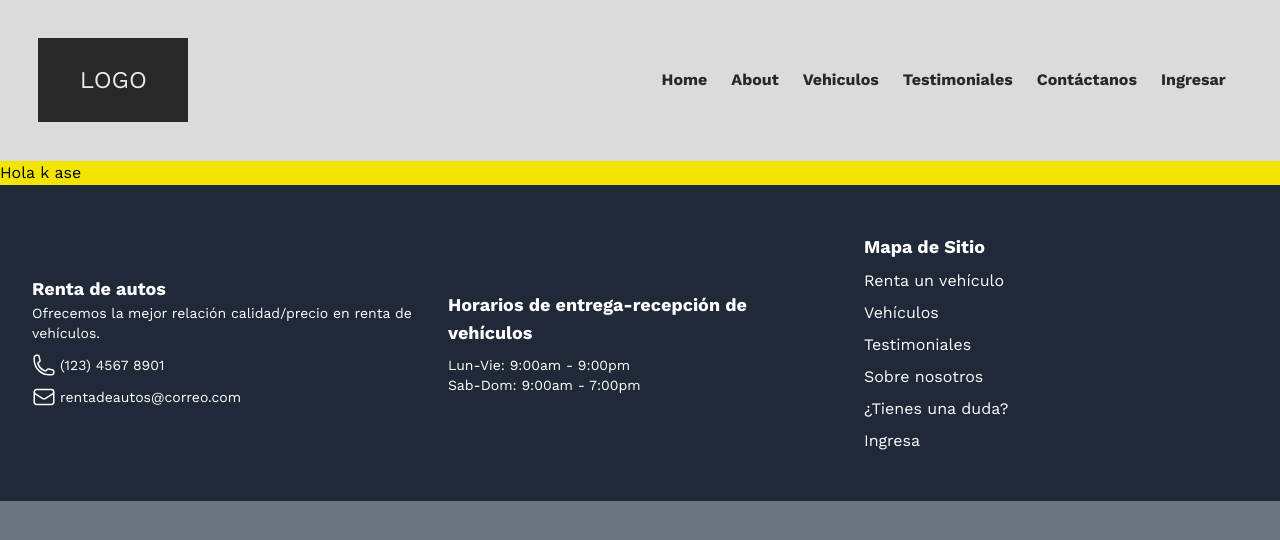
Repository: aldovelacasas/PF_RentCar2
Page: /
An editor plug-in stored every save of this project. The page is shown before and after the next save, followed by the edit.
The browser window is 1280 px wide. The pictures show the whole page.
The project was rebuilt for these pictures with package versions that can differ from the ones it lists, and the page was loaded fresh each time. The framework's server and built-in components were replaced by stand-ins that run in the browser. Also part of the build but not shown: next.config.js.

Above is the page before, as saved 2023-08-30 09:45:25.

### src/app/layout.jsx
import "./globals.css";
import Navbar from "@/components/Navbar/Navbar";
import Footer from "@/components/footer";
import { Inter } from "next/font/google";

const inter = Inter({ subsets: ["latin"] });

export const metadata = {
  title: "Create Next App",
  description: "Generated by create next app",
};

export default function RootLayout({ children }) {
  return (
    <html lang="en">
      <body className={inter.className}>
        <Navbar />
        <div className="">{children}</div>
        <Footer />
      </body>
    </html>
  );
}

### src/app/page.jsx
function HomePage() {
  return (
    <div className="bg-amarillo_status">
      <p>Hola k ase</p>
    </div>
  );
}

export default HomePage;

### src/app/globals.css
@tailwind base;
@tailwind components;
@tailwind utilities;

body {
   @apply bg-gray-500; /* Fondo más claro */
   color: gray-800; /* Texto oscuro */
}

### src/components/NavBar/Navbar.jsx
"use client";

import Link from "next/link";
// import Image from "next/image";
import React, { useState } from "react";
// import Logo from "./Logo";
import NavItem from "./NavItem";
import "./nav.css";

const MENU_LIST = [
  { text: "Home", href: "/" },
  { text: "About", href: "/about" },
  { text: "Vehiculos", href: "/" },
  { text: "Testimoniales", href: "/" },
  { text: "Contáctanos", href: "/" },
  { text: "Ingresar", href: "/" },
];
const Navbar = () => {
  const [navActive, setNavActive] = useState(null);
  const [activeIdx, setActiveIdx] = useState(-1);

  return (
    <>
      <nav className={`nav navBar`}>
        <div className="boxLogo">
          <Link href="/about">
            <h1 className="logo">LOGO</h1>
          </Link>
          <div className="HomeLogo">
            <Link href="/">
              <span className="nav__item">Home</span>
            </Link>
          </div>
        </div>

        <div
          onClick={() => setNavActive(!navActive)}
          className={`nav__menu-bar`}>
          <div></div>
          <div></div>
          <div></div>
        </div>
        <div className={`${navActive ? "active" : ""} nav__menu-list`}>
          {MENU_LIST.map((menu, idx) => (
            <div
              onClick={() => {
                setActiveIdx(idx);
                setNavActive(false);
              }}
              key={menu.text}
              className={menu.text === "Home" ? "HomeMenu" : ""}>
              <NavItem
                active={activeIdx === idx}
                className={menu.text === "Home" ? "HomeMenu" : ""}
                {...menu}
              />
            </div>
          ))}
        </div>
      </nav>
    </>
  );
};

export default Navbar;

### src/components/footer.jsx
"use client";
import Link from "next/link";

function Footer() {
  return (
    <div className="bg-gray-800 text-white py-8 flex flex-col sm:flex-row justify-between items-center p-4 font-poppins">
      <div className="sm:w-1/3 p-4">
        <h3 className="text-lg font-semibold">Renta de autos</h3>
        <p className="text-sm">
          Ofrecemos la mejor relación calidad/precio en renta de vehículos.
        </p>
        <div className="flex items-center text-sm mt-2">
          <svg
            xmlns="http://www.w3.org/2000/svg"
            fill="none"
            viewBox="0 0 24 24"
            strokeWidth={1.5}
            stroke="currentColor"
            className="w-6 h-6">
            <path
              strokeLinecap="round"
              strokeLinejoin="round"
              d="M2.25 6.75c0 8.284 6.716 15 15 15h2.25a2.25 2.25 0 002.25-2.25v-1.372c0-.516-.351-.966-.852-1.091l-4.423-1.106c-.44-.11-.902.055-1.173.417l-.97 1.293c-.282.376-.769.542-1.21.38a12.035 12.035 0 01-7.143-7.143c-.162-.441.004-.928.38-1.21l1.293-.97c.363-.271.527-.734.417-1.173L6.963 3.102a1.125 1.125 0 00-1.091-.852H4.5A2.25 2.25 0 002.25 4.5v2.25z"
            />
          </svg>

          <span className="m-1">(123) 4567 8901</span>
        </div>
        <div className="flex items-center text-sm mt-1">
          <svg
            xmlns="http://www.w3.org/2000/svg"
            fill="none"
            viewBox="0 0 24 24"
            strokeWidth={1.5}
            stroke="currentColor"
            className="w-6 h-6">
            <path
              strokeLinecap="round"
              strokeLinejoin="round"
              d="M21.75 6.75v10.5a2.25 2.25 0 01-2.25 2.25h-15a2.25 2.25 0 01-2.25-2.25V6.75m19.5 0A2.25 2.25 0 0019.5 4.5h-15a2.25 2.25 0 00-2.25 2.25m19.5 0v.243a2.25 2.25 0 01-1.07 1.916l-7.5 4.615a2.25 2.25 0 01-2.36 0L3.32 8.91a2.25 2.25 0 01-1.07-1.916V6.75"
            />
          </svg>

          <span className="m-1"> rentadeautos@correo.com</span>
        </div>
      </div>
      <div className="sm:w-1/3 p-4 mt-4 sm:mt-0">
        <h4 className="text-lg font-semibold">
          Horarios de entrega-recepción de vehículos
        </h4>
        <p className="text-sm mt-2">
          Lun-Vie: 9:00am - 9:00pm
          <br />
          Sab-Dom: 9:00am - 7:00pm
        </p>
      </div>
      <div className="sm:w-1/3 p-4 mt-4 sm:mt-0 w-full">
        <h2 className="text-lg font-semibold">Mapa de Sitio</h2>
        <ul className="mt-2 space-y-2 sm:ml-0 sm:pl-0">
          <li className="text-red">
            <Link href="/rent" className="hover:font-bold">
              Renta un vehículo
            </Link>
          </li>
          <li>
            <Link href="/cars" className="hover:font-bold">
              Vehículos
            </Link>
          </li>
          <li>
            <Link href="/testimoniales" className="hover:font-bold">
              Testimoniales
            </Link>
          </li>
          <li>
            <Link href="/about" className="hover:font-bold">
              Sobre nosotros
            </Link>
          </li>
          <li>
            <Link href="/contact" className="hover:font-bold">
              ¿Tienes una duda?
            </Link>
          </li>
          <li>
            <Link href="/signin" className="hover:font-bold">
              Ingresa
            </Link>
          </li>
        </ul>
      </div>
    </div>
  );
}

export default Footer;

### src/components/NavBar/NavItem.jsx
import Link from "next/link";
const NavItem = ({ text, href, active }) => {
  const className =
    text === "Home"
      ? "nav__item HomeMenu"
      : `nav__item ${active ? "active" : ""}`;
  return (
    <Link href={href}>
      <span className={className}>{text}</span>
    </Link>
  );
};

export default NavItem;

### src/components/NavBar/nav.css
@import url("https://fonts.googleapis.com/css2?family=Work+Sans:wght@400;500;700&display=swap");
@import url("https://fonts.googleapis.com/css2?family=Rubik:wght@500&display=swap");
* {
  margin: 0;
  padding: 0;
  outline: none;
  box-sizing: border-box;
  font-family: "Work Sans", sans-serif;
}
a {
  text-decoration: none;
  color: inherit;
}
.navBar {
  position: sticky;
  z-index: 30;
  top: 0;
}
nav {
  font-family: "Rubik", sans-serif;
  display: flex;
  justify-content: space-between;
  align-items: center;
  background-color: #dbdbdb;
  color: #282828;
  padding: 2%;
}

.logo {
  background-color: #282828;
  color: #e9e9e9;
  width: 80px;
  text-align: center;
  padding: 0.5rem;
  font-size: 1rem;
}

.nav__menu-bar {
  display: flex;
  flex-direction: column;
  row-gap: 6px;
  cursor: pointer;
}
.nav__menu-bar div {
  width: 40px;
  height: 4px;
  background-color: #282828;
  margin-right: 1rem;
  border-radius: 2px;
}
.nav__menu-list {
  display: flex;
  flex-direction: column;
  position: fixed;
  top: 70px;
  width: 220px;
  row-gap: 24px;
  right: -300px;
  padding: 24px 16px;
  margin-top: 0rem;
  transition: all 0.2s;
  min-height: calc(100vh - 60px);
  font-size: 1rem;
  background-color: #f1f1f1;
}
.nav__menu-list.active {
  right: 0;
  top: 53px;
}
.nav__menu-list span {
  font-weight: 600;
  transition: all 0.3s;
}

.nav__menu-list span:hover {
  /* font-weight: bold; */
  color: #ea4f39;
}
.boxLogo {
  display: flex;
  align-items: center;
  gap: 1rem;
}

.HomeLogo {
  font-size: 1rem;
  font-weight: 600;
  transition: 0.3s;
}

.HomeLogo:hover {
  color: #ea4f39;
}
.center {
  min-height: 600px;
  display: flex;
  justify-content: center;
  align-items: center;
}

.HomeMenu {
  display: none;
}

@media screen and (min-width: 1100px) {
  nav {
    padding: 3%;
  }
  .HomeMenu {
    display: block;
  }
  .nav__menu-list {
    background-color: #dbdbdb;
  }
  .HomeLogo {
    display: none;
    font-size: 2rem;
  }
  .logo {
    background-color: #282828;
    color: #e9e9e9;
    width: 150px;
    text-align: center;
    padding: 1.5rem;
    font-size: 1.5rem;
  }
  .nav__menu-bar {
    display: none;
  }
  .nav__menu-list {
    position: unset;

    flex-direction: row;
    min-height: fit-content;
    width: fit-content;
    column-gap: 24px;
    align-items: center;
  }
  .nav__link::before {
    content: "";
    position: absolute;
    width: 0%;
    height: 6px;
    bottom: -16px;
    left: 0;
    background-color: black;

    transition: all 0.2s;
  }

  .nav__link:hover:before {
    width: 100%;
  }
}

### tailwind.config.js
/** @type {import('tailwindcss').Config} */
module.exports = {
  content: [
    "./src/pages/**/*.{js,ts,jsx,tsx,mdx}",
    "./src/components/**/*.{js,ts,jsx,tsx,mdx}",
    "./src/app/**/*.{js,ts,jsx,tsx,mdx}",
  ],
  theme: {
    extend: {
      backgroundImage: {
        "gradient-radial": "radial-gradient(var(--tw-gradient-stops))",
        "gradient-conic":
          "conic-gradient(from 180deg at 50% 50%, var(--tw-gradient-stops))",
      },
      colors: {
        gris_fondo: "#dbdbdb",
        gris_frente: "#e9e9e9",
        negro_fondo: "#282828",
        naranja_enf: "#ea4f39",
        rojo_status: "#e30613",
        verde_status: "#4aaf4d",
        amarillo_status: "#f0e400",
      },
    },
  },
  plugins: [],
};

After the next save:
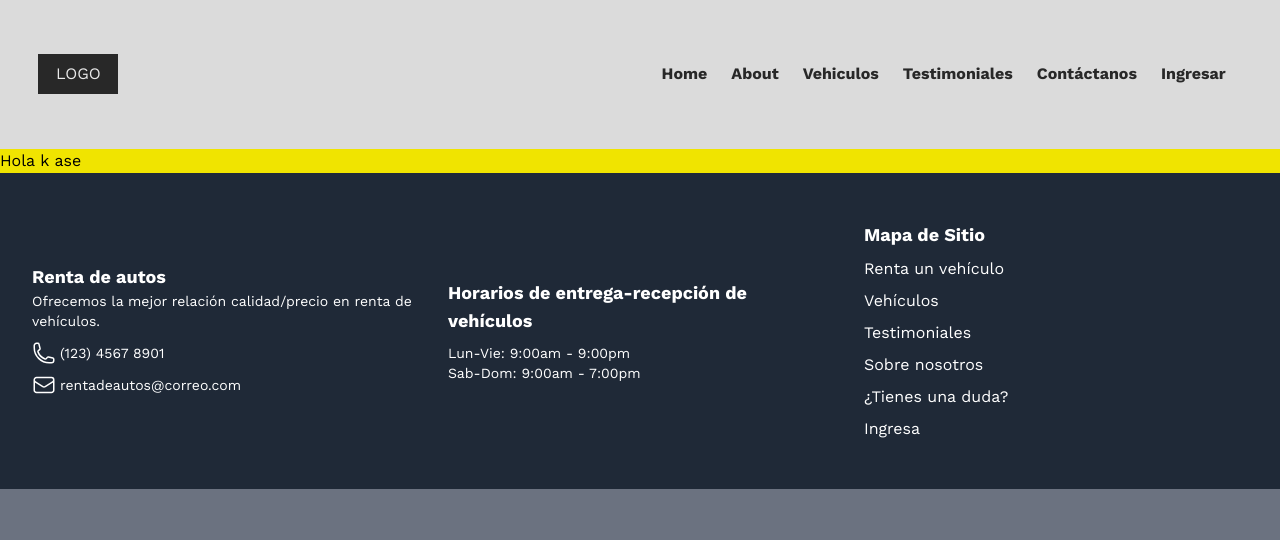
Saved 21 s later.
--- a/src/components/NavBar/nav.css
+++ b/src/components/NavBar/nav.css
@@ -116,14 +116,14 @@ nav {
     display: none;
     font-size: 2rem;
   }
-  .logo {
+  /* .logo {
     background-color: #282828;
     color: #e9e9e9;
     width: 150px;
     text-align: center;
     padding: 1.5rem;
     font-size: 1.5rem;
-  }
+  } */
   .nav__menu-bar {
     display: none;
   }
